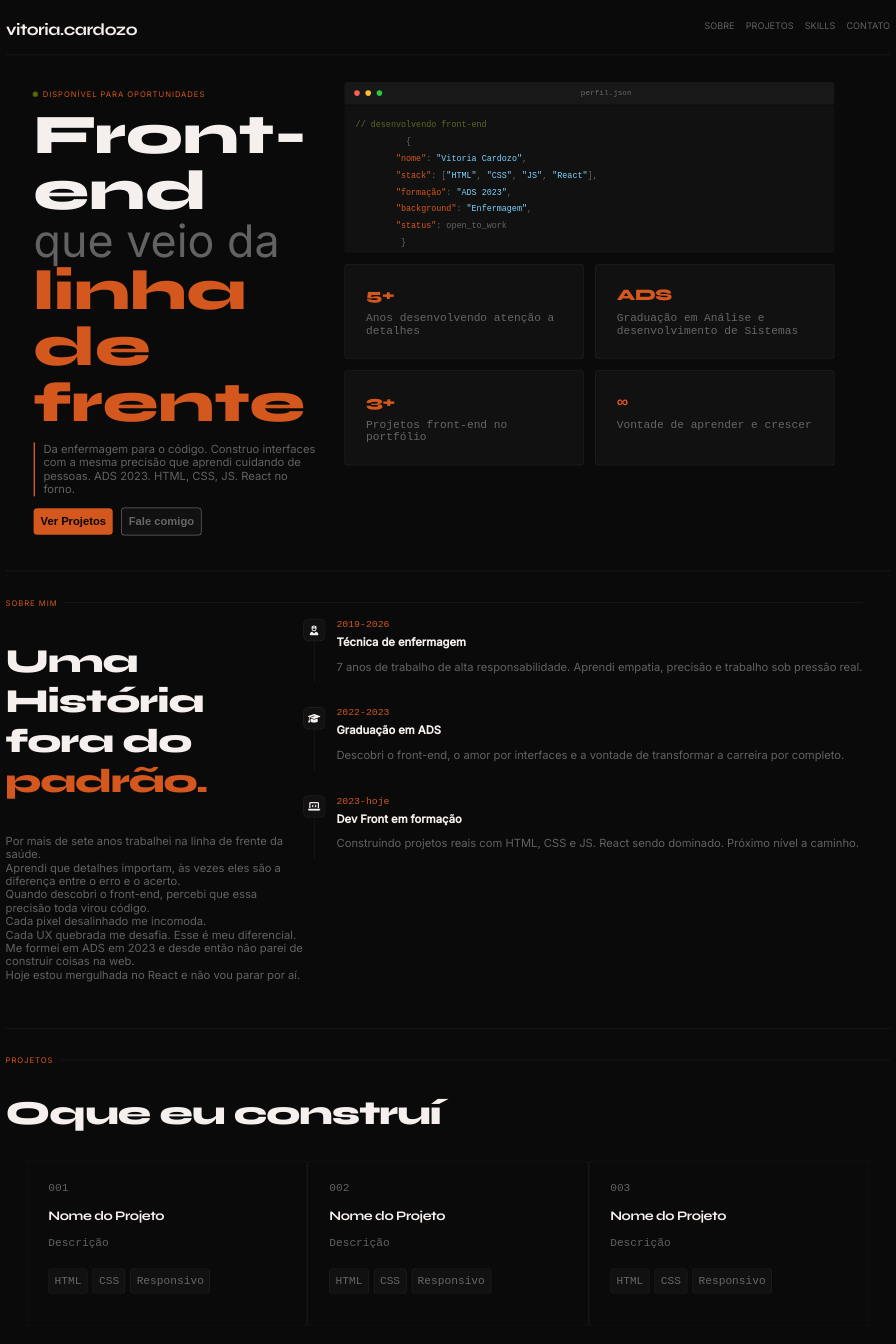
Repository: Bitroia/Portifolio
Page: index.html
An editor plug-in stored every save of this project. The page is shown before and after the next save, followed by the edit.
The browser window is 1280 px wide. The pictures show the part of the page from y = 0 to 1920 px (the page is 2678 px tall before and 2693 px after), at 70% of full size.
Some web fonts or font styles are not loaded; a fallback is used.

Above is the page before, as saved 2026-04-30 19:26:29.

### index.html
<!doctype html>
<html lang="pt-br">
  <head>
    <meta charset="UTF-8" />
    <meta name="viewport" content="width=device-width, initial-scale=1.0" />
    <link rel="stylesheet" href="styles/style.css" />
    <script src="scripts/script.js" defer></script>
    <link
      href="https://fonts.googleapis.com/css2?family=Syne:wght@400;700;800&family=Inter:wght@300;400;500&display=swap"
      rel="stylesheet"
    />
    <link
      href="https://fonts.googleapis.com/css2?family=Syne:wght@400;700;800&family=Syne+Mono&family=Inter:wght@300;400;500&display=swap"
      rel="stylesheet"
    />
    <link
      rel="stylesheet"
      href="https://cdnjs.cloudflare.com/ajax/libs/font-awesome/6.5.0/css/all.min.css"
    />
    <title>Meu portifólio</title>
  </head>
  <body>
    <header>
      <nav id="nav-container">
        <h2>vitoria.cardozo</h2>
        <ul id="ul-container">
          <li><a href="#">SOBRE</a></li>
          <li><a href="#">PROJETOS</a></li>
          <li><a href="#">SKILLS</a></li>
          <li><a href="#">CONTATO</a></li>
        </ul>
      </nav>
    </header>
    <main>
      <section id="hero-section">
        <section id="sections-container">
          <section id="introduction-section">
            <div id="available-container">
              <span class="dot-2"></span>
              <p class="available-p">Disponível para oportunidades</p>
            </div>
            <span class="line-1">Front-end</span>
            <span class="line-2">que veio da</span>
            <span class="accent">linha de frente</span>
            <p class="p-introduction">
              Da enfermagem para o código. Construo interfaces <br />
              com a mesma precisão que aprendi cuidando de <br />
              pessoas. ADS 2023. HTML, CSS, JS. React no forno.
            </p>
            <button id="projects-btn">Ver Projetos</button>
            <button id="talk-to-me-btn">Fale comigo</button>
          </section>
          <section id="secondary-section">
            <div id="info-container">
              <div class="terminal-bar">
                <span class="dot red"></span>
                <span class="dot yellow"></span>
                <span class="dot green"></span>
                <span class="terminal-title">perfil.json</span>
              </div>
              <div id="code-info-container">
                <pre><code><span class="t-comment">// desenvolvendo front-end</span>
          {
        <span class="t-key">"nome"</span>: <span class="t-str">"Vitoria Cardozo"</span>,
        <span class="t-key">"stack"</span>: [<span class="t-str">"HTML"</span>, <span class="t-str">"CSS"</span>, <span class="t-str">"JS"</span>, <span class="t-str">"React"</span>],
        <span class="t-key">"formação"</span>: <span class="t-str">"ADS 2023"</span>,
        <span class="t-key">"background"</span>: <span class="t-str">"Enfermagem"</span>,
        <span class="t-key">"status"</span>: <span class="t-const">open_to_work</span>
         }
                </code></pre>
              </div>
            </div>
            <ul class="mini-cards-container">
              <li class="mini-card">
                <span class="num">5+</span>
                <span class="label">Anos desenvolvendo atenção a detalhes</span>
              </li>
              <li class="mini-card">
                <span class="num">ADS</span>
                <span class="label"
                  >Graduação em Análise e desenvolvimento de Sistemas</span
                >
              </li>
              <li class="mini-card">
                <span class="num">3+</span>
                <span class="label">Projetos front-end no portfólio</span>
              </li>
              <li class="mini-card">
                <span class="num">&#8734;</span>
                <span class="label">Vontade de aprender e crescer</span>
              </li>
            </ul>
          </section>
        </section>
      </section>
      <section id="about-me-section">
        <span class="title">Sobre mim</span>
        <section id="history-section">
          <h1 class="font-history">
            <span class="font-history-1">Uma História</span><br />fora do
            <span class="font-history-2">padrão.</span>
          </h1>
          <p>
            Por mais de sete anos trabalhei na linha de frente da saúde. <br />
            Aprendi que detalhes importam, às vezes eles são a diferença entre o
            erro e o acerto. <br />
            Quando descobri o front-end, percebi que essa precisão toda virou
            código. <br />
            Cada pixel desalinhado me incomoda. <br />
            Cada UX quebrada me desafia. Esse é meu diferencial. <br />
            Me formei em ADS em 2023 e desde então não parei de construir coisas
            na web. <br />
            Hoje estou mergulhada no React e não vou parar por aí.
          </p>
        </section>
        <section id="experiences-section">
          <dl class="experiences-list">
            <div class="exp-row">
              <div class="exp-item">
                <div class="box-icon">
                  <i class="fa-solid fa-user-nurse icon"></i>
                </div>
              </div>
              <div class="exp-content">
                <dt class="date-exp">2019-2026</dt>
                <dd class="desc-exp">
                  <strong>Técnica de enfermagem</strong>
                  <p>
                    7 anos de trabalho de alta responsabilidade. Aprendi
                    empatia, precisão e trabalho sob pressão real.
                  </p>
                </dd>
              </div>
            </div>
            <div class="exp-row">
              <div class="exp-item">
                <div class="box-icon">
                  <i class="fa-solid fa-graduation-cap icon"></i>
                </div>
              </div>
              <div class="exp-content">
                <dt class="date-exp">2022-2023</dt>
                <dd class="desc-exp">
                  <strong>Graduação em ADS</strong>
                  <p>
                    Descobri o front-end, o amor por interfaces e a vontade de
                    transformar a carreira por completo.
                  </p>
                </dd>
              </div>
            </div>
            <div class="exp-row">
              <div class="exp-item">
                <div class="box-icon">
                  <i class="fa-solid fa-laptop-code icon"></i>
                </div>
              </div>
              <div class="exp-content">
                <dt class="date-exp">2023-hoje</dt>
                <dd class="desc-exp">
                  <strong>Dev Front em formação</strong>
                  <p>
                    Construindo projetos reais com HTML, CSS e JS. React sendo
                    dominado. Próximo nível a caminho.
                  </p>
                </dd>
              </div>
            </div>
          </dl>
        </section>
      </section>
      <section id="projects-section">
        <span class="title">Projetos</span>
        <h2 class="font-build">Oque eu construí</h2>
        <div id="article-container">
          <article class="project-card">
            <a href="#" class="link-overlay" target="_blank"></a>
            <span class="num-article">001</span>
            <h3>Nome do Projeto</h3>
            <p>Descrição</p>
            <ul class="tech-tags">
              <li>HTML</li>
              <li>CSS</li>
              <li>Responsivo</li>
            </ul>
          </article>
          <article class="project-card">
            <a href="#" class="link-overlay" target="_blank"></a>
            <span class="num-article">002</span>
            <h3>Nome do Projeto</h3>
            <p>Descrição</p>
            <ul class="tech-tags">
              <li>HTML</li>
              <li>CSS</li>
              <li>Responsivo</li>
            </ul>
          </article>
          <article class="project-card">
            <a href="#" class="link-overlay" target="_blank"></a>
            <span class="num-article">003</span>
            <h3>Nome do Projeto</h3>
            <p>Descrição</p>

            <ul class="tech-tags">
              <li>HTML</li>
              <li>CSS</li>
              <li>Responsivo</li>
            </ul>
          </article>
        </div>
      </section>
      <section id="skills-section">
        <span class="title">Habilidades</span>
        <h1 class="font-stack">Minha stack</h1>
        <div id="stacks-container">
          <article class="stack-card">
            <h3>Front-end</h3>
            <ul class="stack-ul">
              <li>HTML5 semântico</li>
              <li>CSS3/Grid/Flex</li>
              <li>JavaScript</li>
              <li>React (iniciante)</li>
            </ul>
          </article>
          <article class="stack-card">
            <h3>Ferramentas</h3>
            <ul class="stack-ul">
              <li>Git & GitHub</li>
              <li>VS Code</li>
              <li>Figma Básico</li>
              <li>DevTools</li>
            </ul>
          </article>
          <article class="stack-card">
            <h3>Aprendendo</h3>
            <ul class="stack-ul">
              <li>React Hooks</li>
              <li>Node.js</li>
              <li>Testes</li>
            </ul>
          </article>
          <article class="stack-card">
            <h3>Diferenciais</h3>
            <ul class="stack-ul">
              <li>Atenção a detalhes</li>
              <li>Empatia com usuário</li>
              <li>Alta pressão</li>
            </ul>
          </article>
        </div>
      </section>
      <section id="go-to-work-section">
        <span class="title">Contato</span>
        <h1>
          Vamos trabalhar
          <span class="accent">juntos?</span>
        </h1>
        <p>
          Aberta a oportunidades, freelas e parcerias. Manda uma mensagem,
          responderei rápido.
        </p>
        <a href="#" class="contact-link">meuemail@email.com</a>
        <a href="#" class="contact-link">in/ LinkedIn</a>
        <a href="#" class="contact-link">gh/ GitHub</a>
      </section>
    </main>
    <footer>
      <p>Data, meu nome</p>
      <p>built with HTML, CSS & determinação</p>
    </footer>
  </body>
</html>

### styles/style.css
:root {
  --fundo-geral: #0A0A0A;
  --fundo-cards: #111111;
  --hovers: #d8b5b5;
  --text: #f5f0ee;
  --second-text: #f5f0ee61;
  --dark-text: #050202;
  --accent: #d4571e;
  --accent-hover: #ff6a2a;
  --border: #f5f0ee12;
  --t-str: #7dd3fc;
  --t-comment: #5a6a1f;
  --font-title: "Syne", sans-serif;
  --font-body: "Inter", sans-serif;
  --font-mono: 'Syne Mono', monospace;
}
@keyframes pulse {
  0%,
  100% {
    opacity: 1;
    transform: scale(1);
  }
  50% {
    opacity: 0.4;
    transform: scale(1.5);
  }
}
* {
  padding: 0;
}

h1,
h2,
h3 {
  font-weight: 600;
  letter-spacing: -0.03em;
  color: var(--text);
  font-family: var(--font-title);
}

.line-1,
.accent {
  font-family: var(--font-title);
  font-weight: 800;
}

.font-history {
  font-size: 3rem;
  font-weight: 800;
}

.font-history-2 {
  color: var(--accent);
}

p {
  color: var(--second-text);
  line-height: 1.2;
}

.title {
  display: flex;
  align-items: center;
  gap: 10px;
  width: 100%;
}
.title::after {
  content: "";
  flex: 1;
  height: 1px;
  background-color: var(--border);
}

body {
  background-color: var(--fundo-geral);
  color: var(--text);
  font-family: var(--font-body);
  font-weight: 400;
}

/* Header */

header {
  border-bottom: 1px solid var(--border);
}

#nav-container {
  display: flex;
  justify-content: space-between;
  padding: 0.5px;
}

#ul-container {
  display: flex;
  list-style: none;
  gap: 1rem;
}

#ul-container a {
  text-decoration: none;
  color: var(--second-text);
  font-size: 13px;
  transition: 0.5s;
}

#ul-container a:hover {
  color: var(--hovers);
}

/* Apresentação */

#available-container {
  display: flex;
  flex-direction: row;
  align-items: center;
  gap: 8px;
}

.line-1 {
  color: var(--text);
  display: block;
  font-size: 5rem;
  width: 100%;
  line-height: 1;
}

.line-2 {
  color: var(--second-text);
  display: block;
  font-size: 4rem;
  width: 100%;
  display: inline-block;
  line-height: 1;
}

.accent {
  color: var(--accent);
  font-size: 5rem;
  display: block;
  line-height: 1;
}

.available-p {
  color: var(--accent);
}

/* Cards */

#info-container {
  display: flex;
  flex-direction: column;
  width: 700px;
  border-radius: 5px;
}

.terminal-bar {
  display: flex;
  gap: 8px;
  align-items: center;
  padding: 10px 14px;
  background-color: #181818;
  border-bottom: 2px solid var(--fundo-cards);
  border-radius: 5px;
  margin-bottom: 0;
}
.dot-2 {
  background-color: #ccff00;
  animation: pulse 2s ease-in-out infinite;
  width: 5px;
  height: 5px;
  border-radius: 50%;
  display: inline-block;
}

.dot {
  width: 8px;
  height: 8px;
  border-radius: 50%;
  display: inline-block;
}

.dot.red {
  background-color: #ff5f57;
}
.dot.yellow {
  background: #ffbd2e;
}
.dot.green {
  background: #28c840;
}

.terminal-title {
  font-family: var(--font-mono);
  font-size: 11px;
  color: var(--second-text);
  margin: 0 auto;
}

#code-info-container {
  color: var(--second-text);
  background-color: var(--fundo-cards);
  border-radius: 3px;
  font-size: 12px;
  line-height: 2;
  height: 210px;
}

#code-info-container pre {
  margin: 0;
  padding: 1rem;
  white-space: pre; /* mantém a formatação do código */
  max-width: 100%; /* não vaza do pai */
}

.t-comment {
  color: var(--t-comment);
}

.t-key {
  color: var(--accent);
}

.t-str {
  color: var(--t-str);
}
/* Sessões */

#hero-section {
  padding: 0 40px 50px 0;
  margin-top: 3%;
  border-bottom: 1px solid var(--border);
}

#introduction-section {
  flex: 1;
}

#introduction-section .p-introduction {
  border-left: var(--accent) 2px solid;
  padding-left: 12px;
}

#secondary-section {
  width: 700px;
  height: 550px;
}

.mini-cards-container {
  display: grid;
  grid-template-columns: repeat(2, 1fr);
  gap: 16px;
  width: 700px;
}

.mini-card {
  display: flex;
  border: 1px solid var(--border);
  padding: 30px;
  list-style: none;
  text-align: center;
  flex-direction: column;
  border-radius: 5px;
  flex: 0 0 calc(50% - 8px);
  background-color: var(--fundo-cards);
}

.num {
  color: var(--accent);
  font-family: var(--font-title);
  font-size: 23px;
  font-weight: 800;
  letter-spacing: -0.03em;
  margin-bottom: 6px;
  text-align: left;
}

.mini-card .label {
  color: var(--second-text);
  text-align: left;
  margin-top: 5px;
  font-size: 16px;
  font-family: var(--font-mono);
}

#sections-container {
  display: flex;
  gap: 40px;
  margin-top: 3%;
  padding: 0 40px;
}

#introduction-section p {
  justify-self: left;
  display: block;
}

#about-me-section {
  padding: 0 40px 50px 0;
  margin-top: 3%;
  border-bottom: 1px solid var(--border);
  display: flex;
  flex-wrap: wrap;

}

.title,
.available-p {
  font-family: var(--mono);
  font-size: 11px;
  letter-spacing: 0.12em;
  text-transform: uppercase;
  color: var(--accent);
  display: flex;
  align-items: center;
  gap: 10px;
}

#history-section {
  flex: 1;
}

.date-exp {
  color: var(--accent);
  font-family: var(--font-mono);
  font-size: 14px;
  margin-bottom: 3px;
}

.experiences-list {
  display: flex;
  flex-direction: column;
  gap: 32px;
}

.exp-item {
  position: relative;
}

.exp-content {
  display: flex;
  flex-direction: column;
}

.desc-exp {
  margin: 4px 0 0 0;
}

.box-icon {
  position: relative;
  flex-shrink: 0; /* impede o ícone de encolher */
  display: flex;
  align-items: center;
  border: 1px solid var(--border);
  justify-content: center;
  width: 30px;
  height: 30px;
  border-radius: 8px;
  background-color: var(--fundo-cards);
}

.icon {
  font-size: 14px;
}

.exp-item:not(:last-child) .box-icon::after {
  content: "";
  position: absolute;
  top: 100%;
  left: 50%;
  transform: translateX(-50%);
  width: 1px;
  height: 60px;
  background-color: var(--border);
}

/* Linha do tempo */

.exp-row {
  display: flex;
  gap: 16px;
  align-items: flex-start;
}

#projects-section {
  margin-top: 3%;
  border-bottom: 1px solid var(--border);
}

.font-build{
  font-size: 3rem;
  font-weight: 800;
}

#article-container{
  display: flex;
  margin: 30px;
  font-family: var(--font-mono);
}

.project-card{
  border: 1px solid var(--border);
  padding: 30px;
  width: 90%;
  text-align: left;
  border-radius: 5px;
  cursor: pointer;
  position: relative;
  overflow: hidden;
}

.project-card::before{
  content: '';
  position: absolute;
  top: 0;
  left: 0;
  right: 0;
  height: 2px;
  background: var(--accent);
  transform: scaleX(0);
  transform-origin: left;
  transition: transform 0.3s ease;
}

.project-card:hover{

background-color: var(--border);
}

.project-card:hover::before {
  transform: scaleX(1);
}

.link-overlay{
  position: absolute;
  inset: 0;
}

.num-article{
  color: var(--second-text);
  font-family: var(--font-mono);
}

.tech-tags{
  list-style: none;
  display: flex;
  gap: 7px;
}

.tech-tags li{
  border: 1px solid var(--border);
  text-align: center;
  background-color: var(--fundo-cards);
  border-radius: 5px;
  padding: 8px;
  color: var(--second-text);
  margin-top: 10px;
}

#skills-section {
  margin-top: 3%;
  border-bottom: 1px solid var(--border);
}

#stacks-container{
  display: flex;
  margin: 30px;
  gap: 30px;
}

.stack-card{
  border: 1px solid var(--border);
  padding: 20px;
  width: 50%;
  border-radius: 5px;
  font-family: var(--font-mono);
}

.stack-card h3{
  color: var(--accent);
  font-size: 14px;
}
.stack-ul li{
  list-style: none;
  position: relative;
  padding-left: 20px;
  padding-bottom: 10px;
  padding-top: 5px;
  border-bottom: 1px solid var(--border);

}

.stack-ul li::before{
  content: ">";
  position: absolute;
  left: 0;
  color: var(--accent);
}

#go-to-work-section {
  margin-top: 3%;
  border-bottom: 1px solid var(--border);
}
/* Botões */

#projects-btn {
  background-color: var(--accent);
  padding: 10px;
  border-radius: 5px;
  border: none;
  color: var(--dark-text);
  font-size: 1rem;
  font-weight: 600;
  text-align: center;
  transition: transform 0.2s ease;
}

#talk-to-me-btn {
  background-color: var(--fundo-cards);
  padding: 10px;
  border-radius: 5px;
  border: 1px solid var(--second-text);
  color: var(--second-text);
  margin-left: 7px;
  font-weight: 600;
  text-align: center;
  font-size: 1rem;
  transition: transform 0.2s ease;
}

#projects-btn:hover {
  background-color: var(--accent-hover);
  box-shadow:
    0 0 10px rgba(212, 87, 30, 0.6),
    0 0 20px rgba(212, 87, 30, 0.4);
  transform: translateY(-2px);
}

#talk-to-me-btn:hover {
  background-color: var(--fundo-geral);
  color: var(--accent);
  border: 1px solid var(--accent);
  transform: translateY(-3px);
}

Loaded but not shown: scripts/script.js (no stored copy; drawn as an empty file)

After the next save:
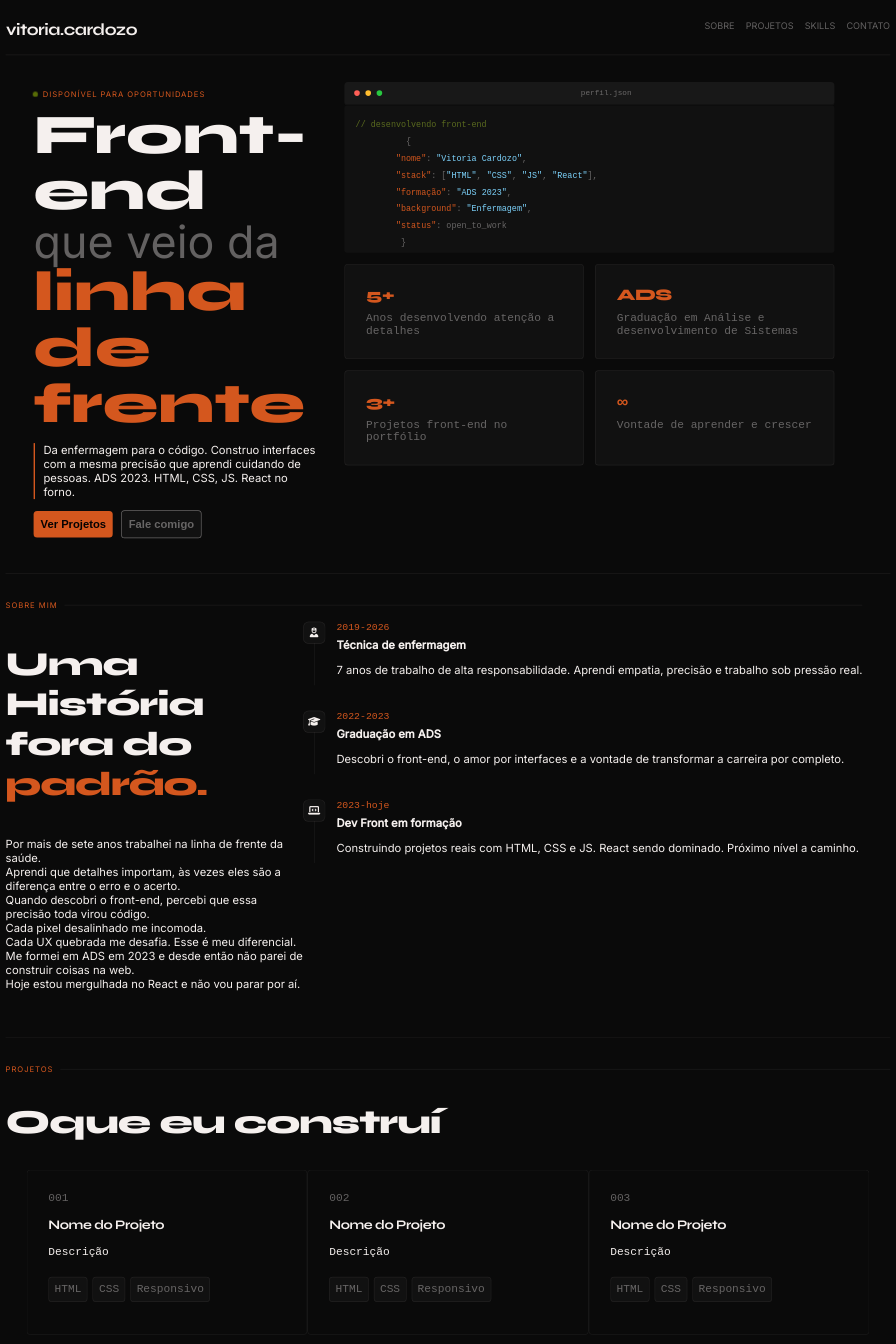
Saved 14 s later.
--- a/styles/style.css
+++ b/styles/style.css
@@ -53,6 +53,8 @@
   color: var(--accent);
 }
 
+.fon
+
 p {
   color: var(--second-text);
   line-height: 1.2;

After the save that followed:
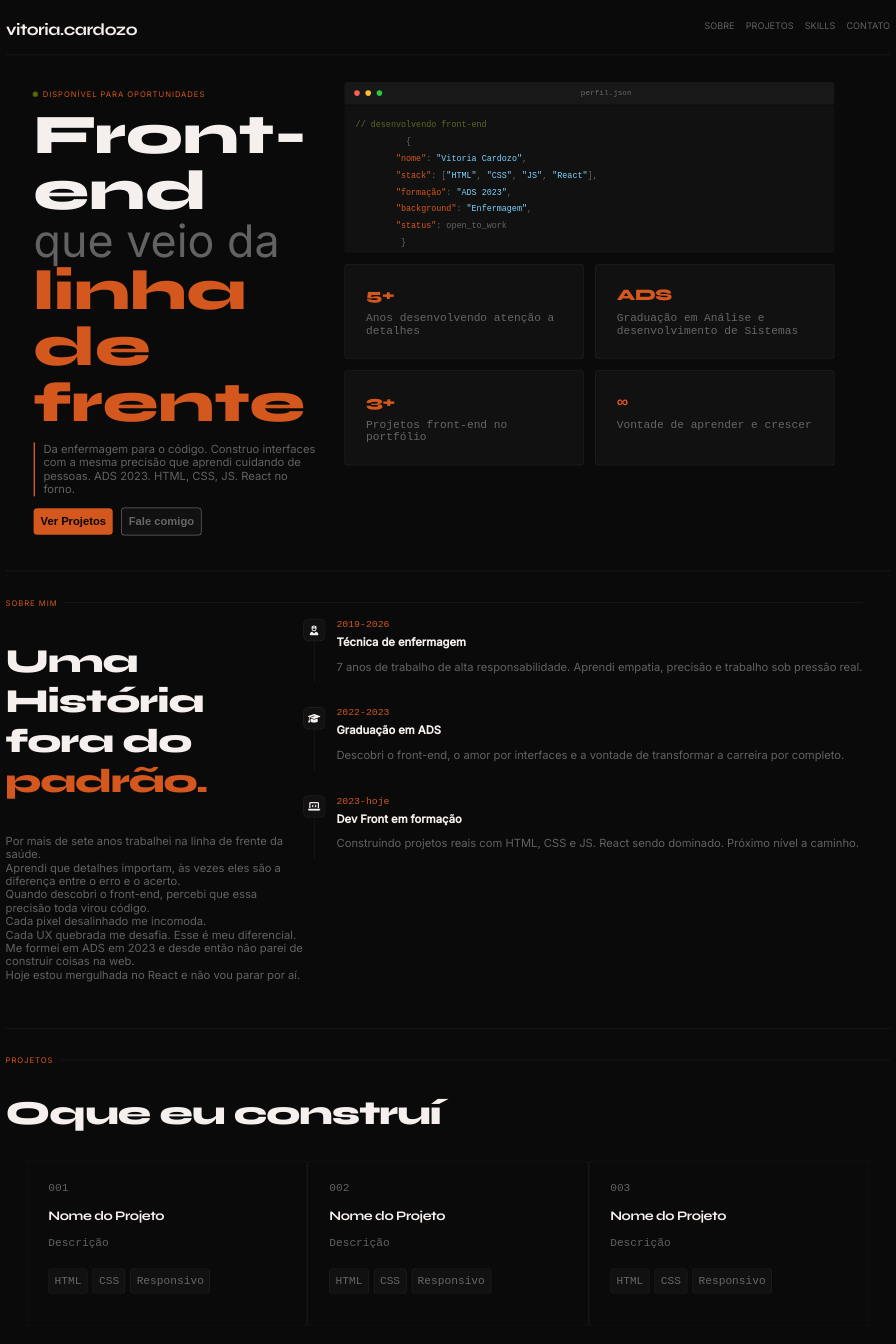
Saved 6 s later.
--- a/styles/style.css
+++ b/styles/style.css
@@ -53,7 +53,9 @@
   color: var(--accent);
 }
 
-.fon
+.font-stack{
+
+}
 
 p {
   color: var(--second-text);
